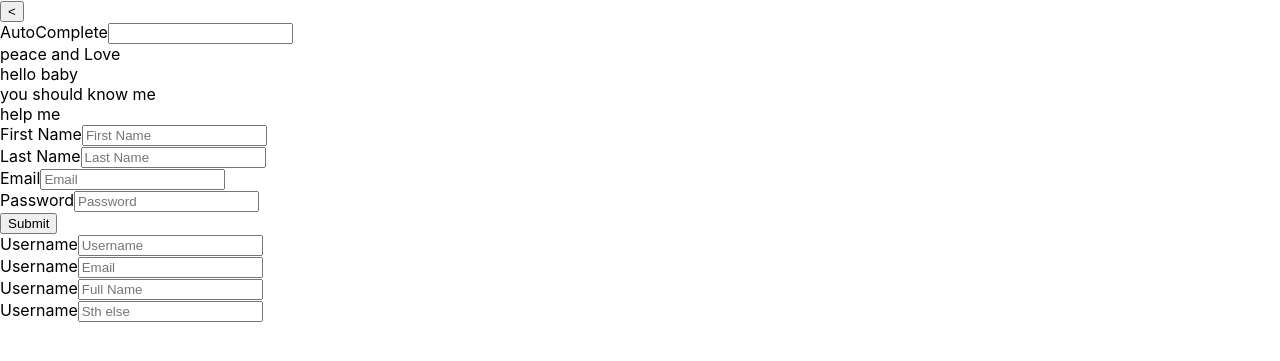
Repository: Jimmy-Lu-iK/Demo-UI
Page: /
These files come from the project's save history. The page is drawn as it stood at one moment and after the next save; the edit follows.
The browser window is 1280 px wide. The pictures show the whole page.
The project was rebuilt for these pictures with package versions that can differ from the ones it lists, and the page was loaded fresh each time. Also part of the build but not shown: src/components/Option.js, src/components/FormInput.css, src/Js/ArrayBuiltIn.js, src/Js/Word.js.

Above is the page before, as saved 2023-02-12 19:37:50.

### src/App.js
import './App.css';
import AutoComplete from './components/AutoComplete';
import Dropdown from './components/Dorpdown';
import FormInput from './components/FormInput';
import FormValidate from './components/FormValidate';
import ArrayBuiltIn from './Js/ArrayBuiltIn';
import Word from './Js/Word';

const App = () => {
  return <div>
    <Dropdown />
    <AutoComplete />
    <FormValidate />
    <form className='input-form'>
      <FormInput placeholder="Username"/>
      <FormInput placeholder="Email"/>
      <FormInput placeholder="Full Name"/>
      <FormInput placeholder="Sth else"/>
    </form>
    {/* <ArrayBuiltIn /> */}
    {/* <Word sentence="hello my name hello is Jinming I want to make friend with you let us to be good friends forever"/> */}
  </div>
};


export default App;

### src/components/AutoComplete.js
import { useState } from "react"

function AutoComplete() {
  const [value, setValue] = useState('')

  const filmList = ['peace and Love',' hello baby', 'you should know me', 'help me']

  const handleChange = (e) => {
    setValue(e.target.value)
  }

  const handleClick = (film) => {
    setValue(film)
  }

  const filteredFilms = filmList.filter((film) => {
    return film.toLowerCase().includes(value.toLowerCase())
  })

  const content= filteredFilms.map((film,index) => {
    return <div key={index} onClick={()=>handleClick(film)}>{film}</div>
  })


  return <div>
    AutoComplete
    <input value={value} onChange={handleChange} />
    <div>
      {content}
    </div>
  </div>
}

export default AutoComplete

### src/components/Dorpdown.js
import { useState } from "react"
import Option from "./Option"

function Dropdown() {
  const [options, setOptions] = useState(['item1','item2'])
  const [select, setSelect] = useState('')
  const [open, setOpen] = useState(false)
  const [add, setAdd] = useState(false)
  const [value, setValue] = useState('')

  const handleChoose = (option) => {
    setSelect(option)
    setOpen(false)
  }

  const handleAdd = (event) => {
    console.log(event)
    setAdd(true)
  }

  const handleChange = (e) => {
    setValue(e.target.value)
  }

  const hanldeSubmit = (e) => {
    e.preventDefault();
    setOptions([...options, value])
    setAdd(false)
  }

  const hanldeOpen = () => {
    setOpen(!open)
  }

  const hanldeEdit = (option,index,newValue) => {
    let newOptions = [...options]

    if(newValue) {
      newOptions[index] = newValue
      setOptions(newOptions)
    } else {
      let newNewOption = newOptions.slice(0,index).concat(newOptions.slice(index+1,newOptions.length-1))
      setOptions(newNewOption)
    }
  }

  const displayContent = <div>{select} <button onClick={hanldeOpen}>{'<'}</button></div>

  const optionsContent = options.map((option,index) => {
    return <Option
            option={option}
            index={index}
            key={option}
            handleChoose={handleChoose}
            handleEdit={hanldeEdit}
          />
  })

  const addContent = add
    ? <form onSubmit={hanldeSubmit}><label>New</label><input value={value} onChange={handleChange}></input><button>Add</button></form>
    : <li onClick={handleAdd}>Add</li>

  return <div>
    {displayContent}
    {open && optionsContent}
    {open && addContent}
  </div>
}

export default Dropdown

### src/components/FormInput.js
import './FormInput.css'

function FormInput(props) {
  return <div className="formInput">
    <label>Username</label>
    <input placeholder={props.placeholder}/>
  </div>
}

export default FormInput

### src/components/FormValidate.js
import { useState } from "react"
import validator from 'validator';

function FormValidate() {
  const [firstName, setFirstName] = useState('')
  const [lastName, setLastNamee] = useState('')
  const [email, setEmail] = useState('')
  const [password, setPassword] = useState('')

  const handleSubmit = (e) => {
    e.preventDefault();

    const validation = validator.isEmail(email)
    if(validation) {
      alert('success!')
    } else {
      alert('fail!')
    }
  }

  const handleFN = (e) => {
    setFirstName(e.target.value)
  }

  const handleLN = (e) => {
    setLastNamee(e.target.value)
  }

  const handleEmail = (e) => {
    setEmail(e.target.value)
  }

  const handlePassword = (e) => {
    setPassword(e.target.value)
  }

  return (
    <div>
      <form style={{display: 'flex-column'}} onSubmit={handleSubmit}>
        <div>
          <label>First Name</label>
          <input placeholder='First Name' type="text" value={firstName} onChange={handleFN} />
        </div>
        <div>
          <label>Last Name</label>
          <input placeholder='Last Name' type="text" value={lastName} onChange={handleLN} />
        </div>
        <div>
          <label>Email</label>
          <input placeholder='Email' type="text" value={email} onChange={handleEmail} />
        </div>
        <div>
          <label>Password</label>
          <input placeholder='Password' type="text" value={password} onChange={handlePassword} />
        </div>
        <button type='submit'>Submit</button>
      </form>
    </div>
  )
}

export default FormValidate

### src/App.css
.app {
  display: flex;
  align-items: center;
  justify-content: center;
}

Loaded but not shown: public/index.html (common file); src/index.js (common file); src/index.css (common file)

After the next save:
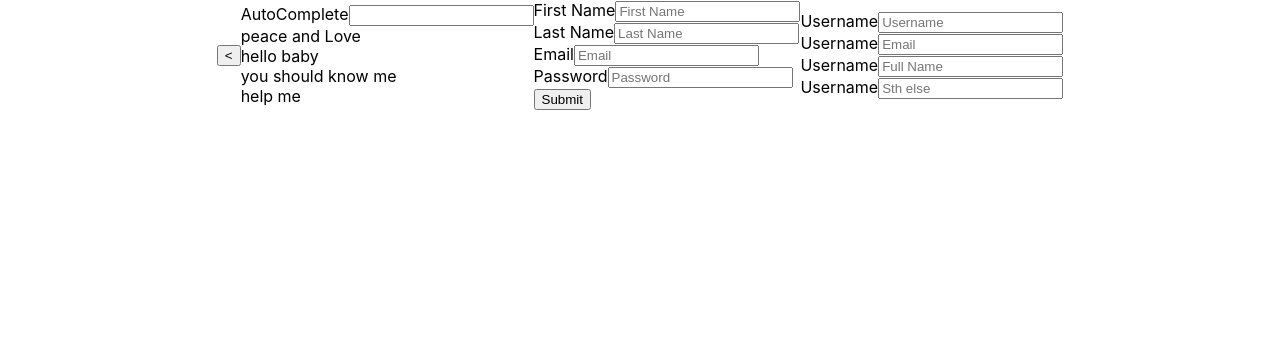
Saved 27 s later.
--- a/src/App.js
+++ b/src/App.js
@@ -7,7 +7,7 @@ import ArrayBuiltIn from './Js/ArrayBuiltIn';
 import Word from './Js/Word';
 
 const App = () => {
-  return <div>
+  return <div className='app'>
     <Dropdown />
     <AutoComplete />
     <FormValidate />
